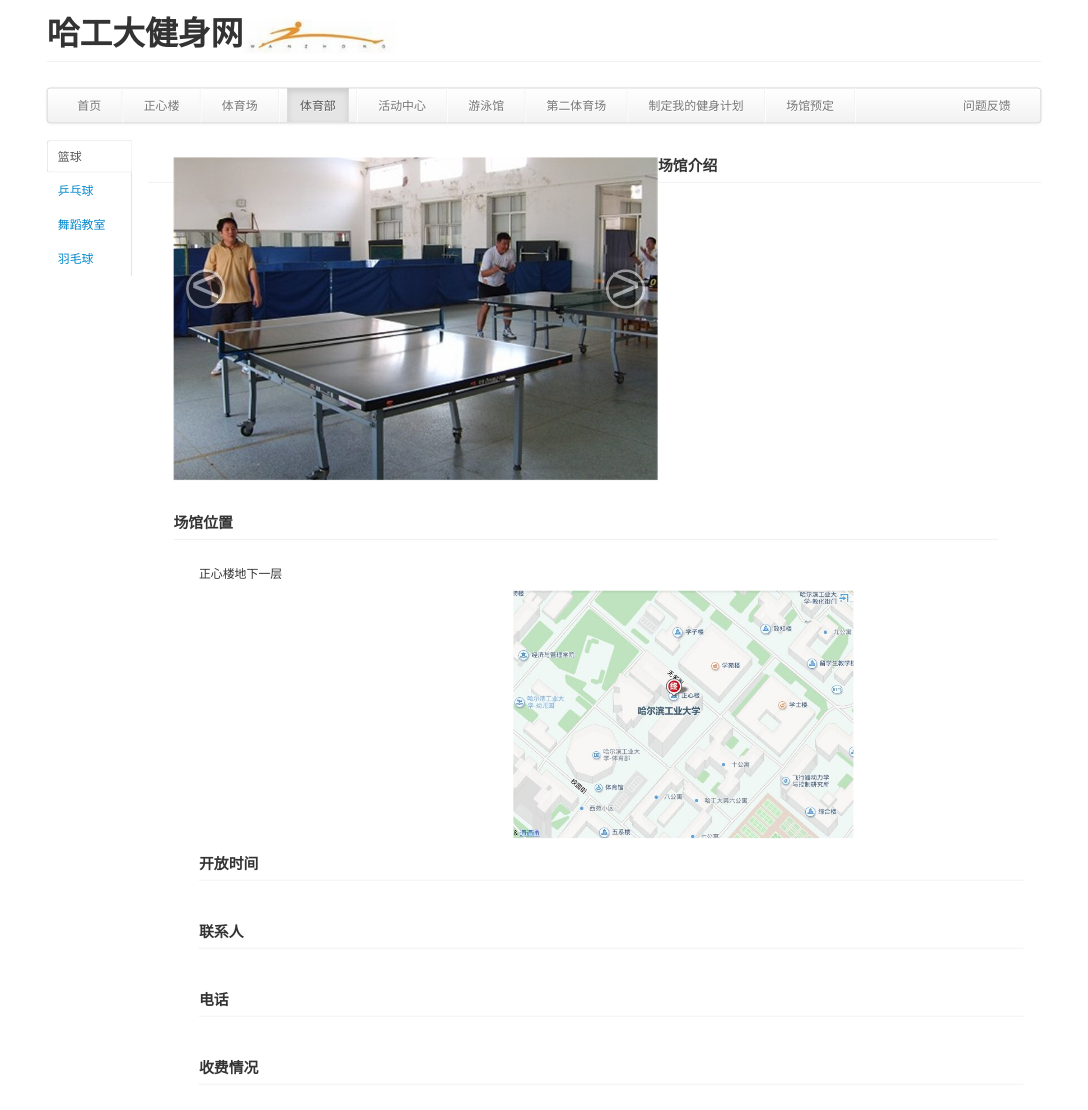
Repository: hitDeveloper/fitness
Page: http://localhost/project/tiyubu.jsp
The author's editor kept a copy of each file at every save. The page is drawn from the files as they stood at one save, then again after the next save.
The browser window is 1280 px wide. The pictures show the whole page, at 85% of full size.
The page is served by Tomcat 9. Nobody is signed in. The application's start-up code is not run. Other server files are loaded and not shown.

Above is the page before, as saved 2014-11-04 15:01:27.

### Project/project/WebRoot/tiyubu.jsp
<%@ page language="java" import="java.util.*" pageEncoding="UTF-8"%>
<!DOCTYPE html>
<html>
<head>
<title>首页</title>
	<meta name="viewport" content="width=device-width, initial-scale=1.0">
	<link href="bootstrap.min.css" rel="stylesheet" type="text/css" media="screen">
	<link href="bootstrap-responsive.min.css" rel="stylesheet" type="text/css">
</head>
<body>
<div class="container">
<h1 class="page-header" >哈工大健身网<img src="image/logo.jpg"></h1>
<div class="navbar">
<div class="navbar-inner">
<div class="container">
<ul class="nav">
	<li><a href="main.jsp">首页</a></li>
	<li class="divider-vertical"></li>
	<li><a href="zhengxin.jsp">正心楼</a></li>
	<li class="divider-vertical"></li>
	<li><a href="gym.jsp">体育场</a></li>
	<li class="divider-vertical"></li>
	<li class="active"><a href="tiyubu.jsp">体育部</a></li>
	<li class="divider-vertical"></li>
	<li><a href="center.jsp">活动中心</a></li>
	<li class="divider-vertical"></li>
	<li><a href="swimming.jsp">游泳馆</a></li>
	<li class="divider-vertical"></li>
	<li><a href="gym2.jsp">第二体育场</a></li>
	<li class="divider-vertical"></li>
	<li><a href="myplan.jsp">制定我的健身计划</a></li>
	<li class="divider-vertical"></li>
	<li><a href="book.jsp">场馆预定</a></li>
	<li class="divider-vertical"></li>
</ul>
<ul class="nav pull-right">
	<li><a href="problem.jsp">问题反馈</a></li>
</ul>
</div>
</div>
</div>

<div class="tabbable tabs-left">
<ul class="nav nav-tabs">
	<li class="active"><a href="#info" data-toggle="tab">篮球</a></li>
	<li><a href="#article" data-toggle="tab">乒乓球</a></li>
	<li><a href="#photo" data-toggle="tab">舞蹈教室</a></li>
	<li><a href="#activity" data-toggle="tab">羽毛球</a></li>
</ul>
<div class="tab-content">
<div class="tab-pane active" id="pingpong">
<div class="span6">
<div class="carousel slide" id="carousel1">
<div class="carousel-inner">
<div class="item active">
<img src="image/gym/zhengxinlou/pingpangqiu/200791011446618.jpg" alt="">
</div>
<div class="item">
<img src="image/gym/zhengxinlou/pingpangqiu/160S0355A4.jpg" alt="">
</div>
<div class="item">
<img src="image/gym/zhengxinlou/pingpangqiu/7096_1324380234pF3x.jpg" alt="">
</div>
<div class="item">
<img src="image/gym/zhengxinlou/pingpangqiu/2013222161721926.jpg" alt="">
</div>
</div>
<a href="#carousel1" data-slide="prev" class="left carousel-control"><</a>
<a href="#carousel1" data-slide="next" class="right carousel-control">></a>
</div>
</div>
<div>
<h4 class="page-header">场馆介绍</h4>
<p></p>
</div>
<div class="span10">
<h4 class="page-header">场馆位置</h4>
<div class="span4">
<p>正心楼地下一层</p>
</div>
<div class="span8">
<img src="image/1.jpg" class="pull-right" width="400">
</div>
<div class="span10">
<h4 class="page-header">开放时间</h4>
<p></p>
</div>
<div class="span10">
<h4 class="page-header">联系人</h4>
<p></p>
</div>
<div class="span10">
<h4 class="page-header">电话</h4>
<p></p>
</div>
<div class="span10">
<h4 class="page-header">收费情况</h4>
<p></p>
</div>
</div>
</div>
<div class="tab-pane" id="yumaoqiu">
<div class="span6">
<div class="carousel slide" id="carousel2">
<div class="carousel-inner">
<div class="item active">
<img src="image/gym/zhengxinlou/yumaoqiu/20090427093350883.jpg" alt="">
</div>
<div class="item">
<img src="image/gym/zhengxinlou/yumaoqiu/20090518151332698.jpg" alt="">
</div>
<div class="item">
<img src="image/gym/zhengxinlou/yumaoqiu/20090518151325566.jpg" alt="">
</div>
<div class="item">
<img src="image/gym/zhengxinlou/yumaoqiu/20090518151319672.jpg" alt="">
</div>
<div class="item">
<img src="" alt="">
</div>
</div>
<a href="#carousel2" data-slide="prev" class="left carousel-control"><</a>
<a href="#carousel2" data-slide="next" class="right carousel-control">></a>
</div>
</div>
<div>
<h4 class="page-header">场馆介绍</h4>
<p></p>
</div>
<div class="span10">
<h4 class="page-header">场馆位置</h4>
<div class="span4">
<p>正心楼地下一层</p>
</div>
<div class="span10">
<img src="image/1.jpg" class="pull-right" width="400">
</div>
<div class="span10">
<h4 class="page-header">开放时间</h4>
<p></p>
</div>
<div class="span10">
<h4 class="page-header">联系人</h4>
<p></p>
</div>
<div class="span10">
<h4 class="page-header">电话</h4>
<p></p>
</div>
<div class="span10">
<h4 class="page-header">收费情况</h4>
<p></p>
</div>
</div>
</div>
<div class="tab-pane" id="wudao">
<div class="span6">
<div class="carousel slide" id="carousel3">
<div class="carousel-inner">
<div class="item active">
<img src="image/gym/zhengxinlou/wudaojiaoshi/cg(13).jpg" alt="">
</div>
<div class="item">
<img src="image/gym/zhengxinlou/wudaojiaoshi/u=3457288260,733846613&fm=23&gp=0.jpg" alt="">
</div>
<div class="item">
<img src="image/gym/zhengxinlou/wudaojiaoshi/20090610135412554.jpg" alt="">
</div>
<div class="item">
<img src="image/gym/zhengxinlou/wudaojiaoshi/20090427093504598.jpg" alt="">
</div>
</div>
<a href="#carousel3" data-slide="prev" class="left carousel-control"><</a>
<a href="#carousel3" data-slide="next" class="right carousel-control">></a>
</div>
</div>
<div>
<h4 class="page-header">场馆介绍</h4>
<p></p>
</div>
<div class="span10">
<h4 class="page-header">场馆位置</h4>
<div class="span4">
<p>正心楼地下一层</p>
</div>
<div class="span10">
<img src="image/1.jpg" class="pull-right" width="400">
</div>
<div class="span10">
<h4 class="page-header">开放时间</h4>
<p></p>
</div>
<div class="span10">
<h4 class="page-header">联系人</h4>
<p></p>
</div>
<div class="span10">
<h4 class="page-header">电话</h4>
<p></p>
</div>
<div class="span10">
<h4 class="page-header">收费情况</h4>
<p></p>
</div>
</div>
</div>
</div>


</div>
</div>
		<script src="jquery-1.11.1.min.js"></script>
		<script src="bootstrap.min.js"></script>
</body>
</html>

Loaded but not shown: Project/project/WebRoot/bootstrap.min.css (library); Project/project/WebRoot/bootstrap-responsive.min.css (library); Project/project/WebRoot/jquery-1.11.1.min.js (library); Project/project/WebRoot/bootstrap.min.js (library)

After the next save:
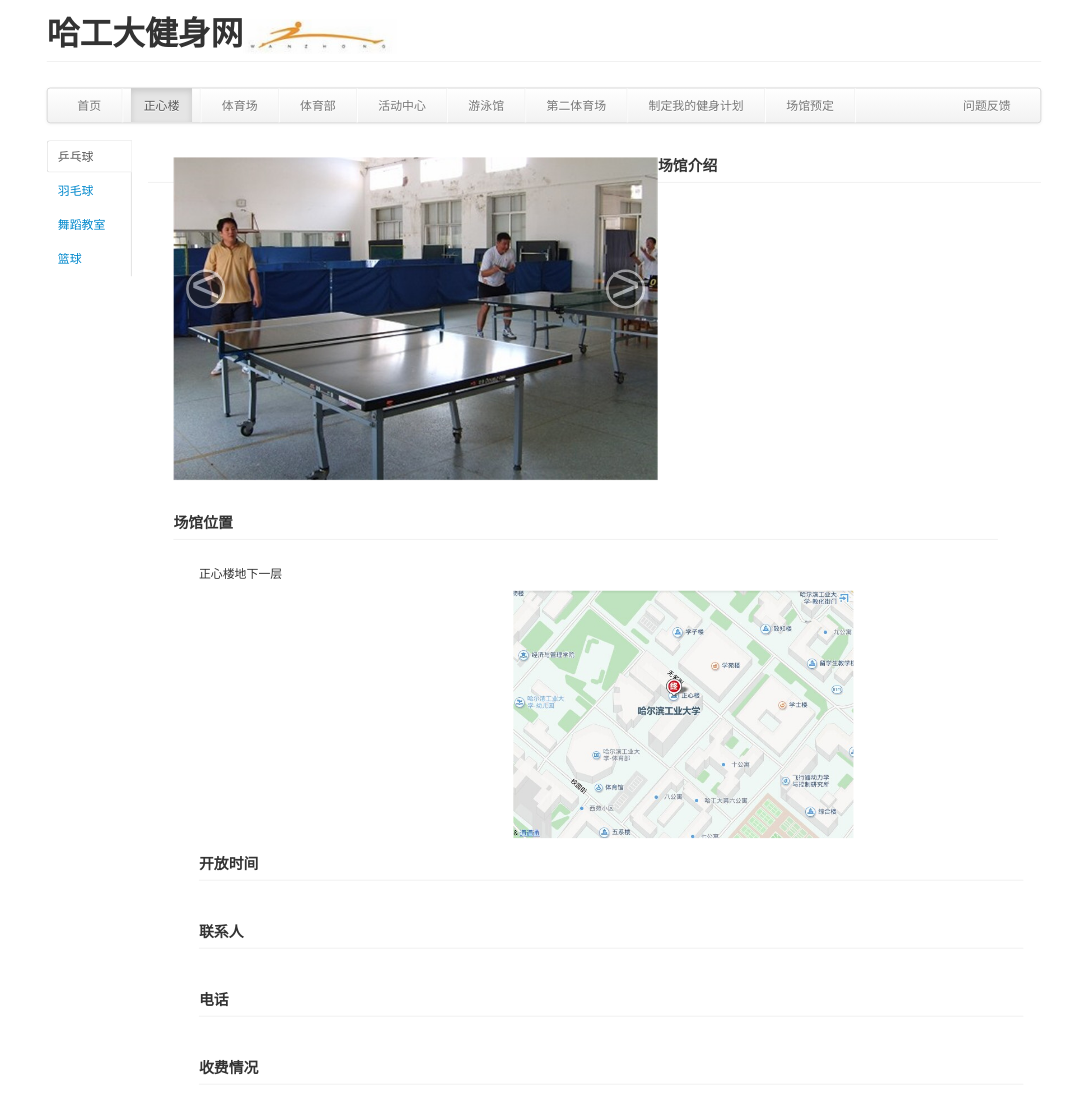
Saved 12 min 50 s later.
--- a/Project/project/WebRoot/tiyubu.jsp
+++ b/Project/project/WebRoot/tiyubu.jsp
@@ -3,7 +3,7 @@
 <html>
 <head>
 <title>首页</title>
-	<meta name="viewport" content="width=device-width, initial-scale=1.0">
+	<meta name="viewport" content="width=device-width, initial-scale=1.0"  charset="utf-8">
 	<link href="bootstrap.min.css" rel="stylesheet" type="text/css" media="screen">
 	<link href="bootstrap-responsive.min.css" rel="stylesheet" type="text/css">
 </head>
@@ -14,13 +14,13 @@
 <div class="navbar-inner">
 <div class="container">
 <ul class="nav">
-	<li><a href="main.jsp">首页</a></li>
-	<li class="divider-vertical"></li>
-	<li><a href="zhengxin.jsp">正心楼</a></li>
+	<li ><a href="main.jsp">首页</a></li>
+	<li class="divider-vertical"></li>
+	<li class="active"><a href="zhengxin.jsp">正心楼</a></li>
 	<li class="divider-vertical"></li>
 	<li><a href="gym.jsp">体育场</a></li>
 	<li class="divider-vertical"></li>
-	<li class="active"><a href="tiyubu.jsp">体育部</a></li>
+	<li><a href="tiyubu.jsp">体育部</a></li>
 	<li class="divider-vertical"></li>
 	<li><a href="center.jsp">活动中心</a></li>
 	<li class="divider-vertical"></li>
@@ -30,7 +30,7 @@
 	<li class="divider-vertical"></li>
 	<li><a href="myplan.jsp">制定我的健身计划</a></li>
 	<li class="divider-vertical"></li>
-	<li><a href="book.jsp">场馆预定</a></li>
+	<li><a href="myplan.jsp">场馆预定</a></li>
 	<li class="divider-vertical"></li>
 </ul>
 <ul class="nav pull-right">
@@ -42,10 +42,10 @@
 
 <div class="tabbable tabs-left">
 <ul class="nav nav-tabs">
-	<li class="active"><a href="#info" data-toggle="tab">篮球</a></li>
-	<li><a href="#article" data-toggle="tab">乒乓球</a></li>
-	<li><a href="#photo" data-toggle="tab">舞蹈教室</a></li>
-	<li><a href="#activity" data-toggle="tab">羽毛球</a></li>
+	<li class="active"><a href="#pingpong" data-toggle="tab">乒乓球</a></li>
+	<li><a href="#yumaoqiu" data-toggle="tab">羽毛球</a></li>
+	<li><a href="#wudao" data-toggle="tab">舞蹈教室</a></li>
+	<li><a href="#wudao" data-toggle="tab">篮球</a></li>
 </ul>
 <div class="tab-content">
 <div class="tab-pane active" id="pingpong">
